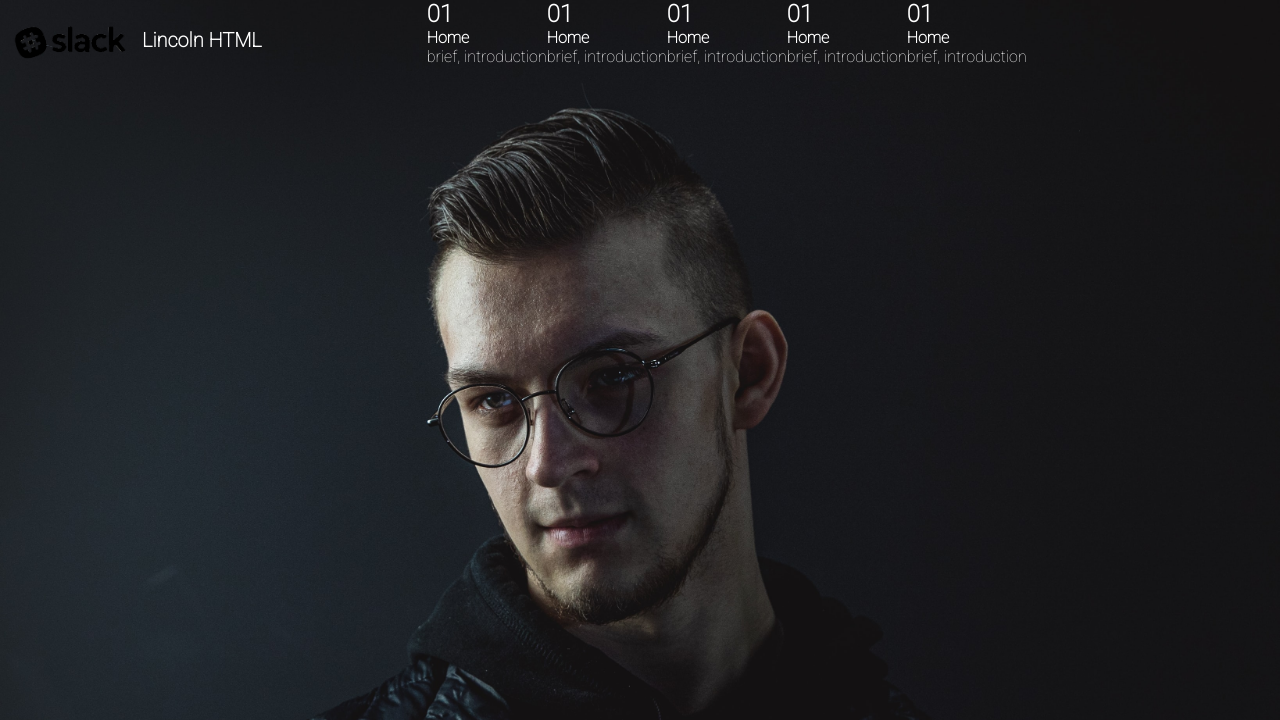
Repository: linco6054/simple-html
Page: index.html
The author's editor kept a copy of each file at every save. The page is drawn from the files as they stood at one save, then again after a run of saves.
The browser window is 1280 px wide. The pictures show the whole page.

Above is the page before, as saved 2021-08-16 15:48:31.

After the next 2 saves:
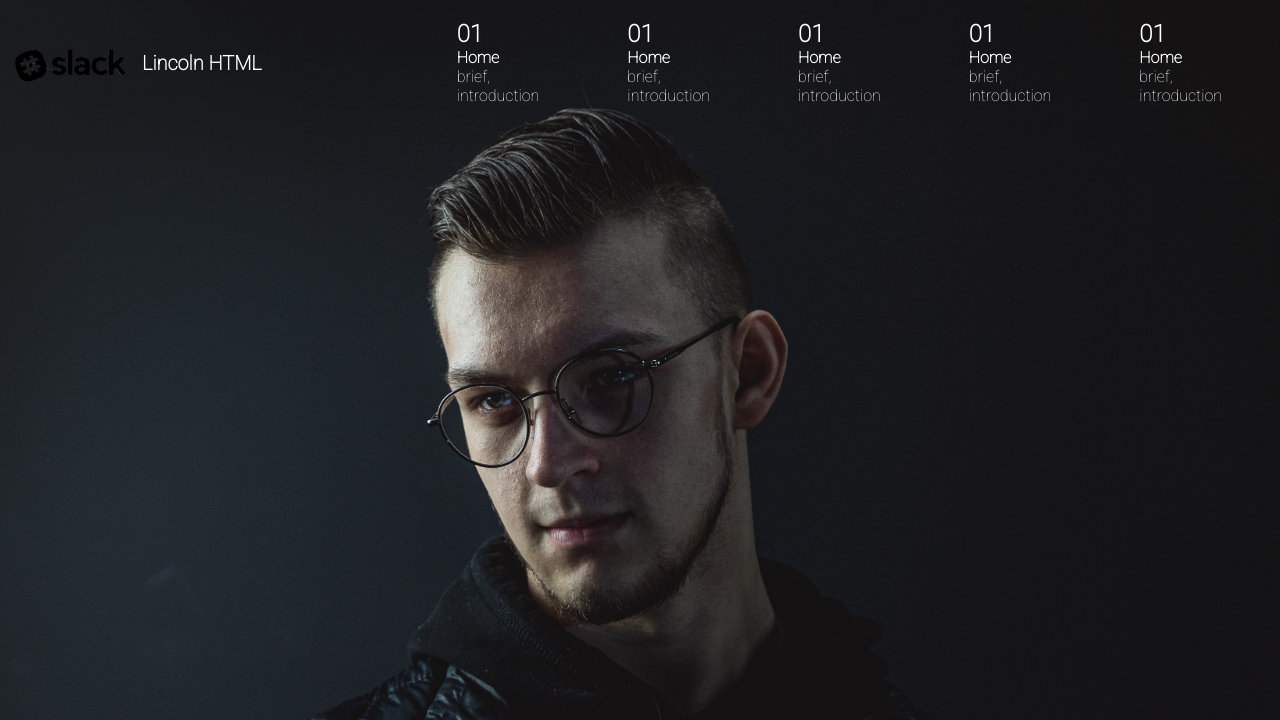
The 2 saves are shown as one change because they came seconds apart.
The last was saved 9 s later.
--- a/style.css
+++ b/style.css
@@ -44,5 +44,5 @@
 
 nav li {
   list-style: none;
-  pad
+  padding: 20px 30px;
 }
